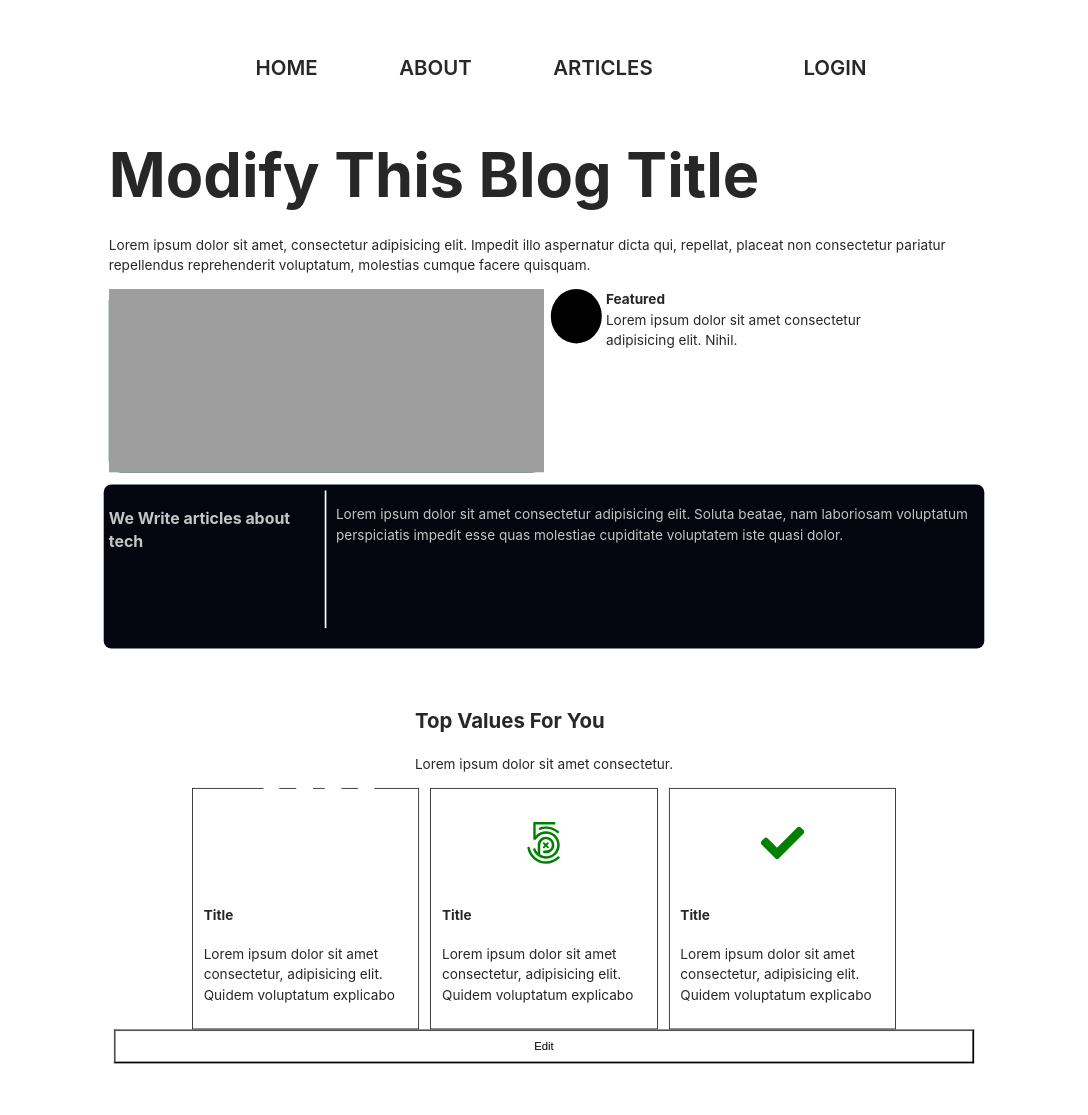
Repository: ValGrace/-static-site
Page: /home (app in client/)
These files come from the project's save history. The page is drawn as it stood at one moment and after the next save; the edit follows.
The browser window is 1280 px wide. The pictures show the whole page, at 85% of full size.
Pictures or frames that could not be fetched are drawn as grey boxes. The project was rebuilt for these pictures with package versions that can differ from the ones it lists, and the page was loaded fresh each time. Also part of the build but not shown: client/vite.config.js, client/src/Utils/appwrite.js, client/src/Components/Login.jsx, client/src/Components/Signup.jsx, client/src/Components/InfoPage.css, client/src/Pages/aboutPage.jsx, client/src/Pages/Articles.jsx.

Above is the page before, as saved 2023-02-13 06:10:11.

### client/src/main.jsx
import React from 'react'
import ReactDOM from 'react-dom/client'
import App from './App'
import './index.css'
import { BrowserRouter } from 'react-router-dom'
ReactDOM.createRoot(document.getElementById('root')).render(
  <React.StrictMode>
    <BrowserRouter>
    <App />
    </BrowserRouter>
  </React.StrictMode>,
)

### client/src/App.jsx
import PageRouter from './Routing/PageRouter'
import './App.css'

function App() {


  return (
    <div className="App">
      <PageRouter />
    </div>
  )
}

export default App

### client/src/index.css
:root {
  font-family: Inter, system-ui, Avenir, Helvetica, Arial, sans-serif;
  line-height: 1.5;
  font-weight: 400;

  color-scheme: light dark;
  color: rgba(7, 7, 7, 0.87);
  background-color: #ffffff;

  font-synthesis: none;
  text-rendering: optimizeLegibility;
  -webkit-font-smoothing: antialiased;
  -moz-osx-font-smoothing: grayscale;
  -webkit-text-size-adjust: 100%;
}

/* a {
  font-weight: 500;
  color: #646cff;
  text-decoration: inherit;
}
a:hover {
  color: #535bf2;
}

body {
  margin: 0;
  display: flex;
  place-items: center;
  min-width: 320px;
  min-height: 100vh;
}

h1 {
  font-size: 3.2em;
  line-height: 1.1;
}

button {
  border-radius: 8px;
  border: 1px solid transparent;
  padding: 0.6em 1.2em;
  font-size: 1em;
  font-weight: 500;
  font-family: inherit;
  background-color: #1a1a1a;
  cursor: pointer;
  transition: border-color 0.25s;
}
button:hover {
  border-color: #646cff;
}
button:focus,
button:focus-visible {
  outline: 4px auto -webkit-focus-ring-color;
}

@media (prefers-color-scheme: light) {
  :root {
    color: #213547;
    background-color: #ffffff;
  }
  a:hover {
    color: #747bff;
  }
  button {
    background-color: #f9f9f9;
  }
} */

### client/src/Routing/PageRouter.jsx
import Dashboard from "../Pages/Dashboard";
import HomePage from "../Pages/HomePage";
import { Routes, Route} from "react-router-dom"
import AboutPage from "../Pages/aboutPage";
import Articles from "../Pages/Articles";
const PageRouter = () => {
    return (
        <Routes>
            <Route path="/" element={<Dashboard />} />
            <Route path="/home" element={<HomePage />} />
            <Route path="/about" element={<AboutPage />} />
            <Route path="/articles" element={<Articles />} />

        </Routes>
    )
}

export default PageRouter

### client/src/App.css
.App {
  display: flex;
  flex-direction: column;
  justify-content: center;
  align-items: center;
}

### client/src/Pages/Dashboard.jsx
import React, { useReducer} from 'react'
import Login from '../Components/Login'
import Signup from '../Components/Signup'
import "../Components/Inputs.css"
const initialState = {page : <Login />}
function reducer(state, action) {
    switch(action.type) {
        case 'loginpage':
          return { page: <Login />}
        case 'signuppage':
            return { page: <Signup />}
        default:
            return { page: <h2>Loading....</h2>}
    }
}
const Dashboard = () => {
    const [state, dispatch] = useReducer(reducer, initialState)
    return (
        <div className='dashboard'>
         <h2>Static Site Generator</h2>
         <div>Static site Image</div>
         <div className='dash' id='dash'>
            <div className='toggleForms'>
                <button onClick={() => dispatch({type: 'loginpage'})} className="type-btn">Login</button>
                <button onClick={() => dispatch({type: 'signuppage'})} className="type-btn">Signup</button>
                </div>
            <React.Fragment>{state.page}</React.Fragment>

            <button id="auth-btns">Login with Github account</button>
            <button id="auth-btns">Login with Google account</button>
         </div>
       </div>
    )
}

export default Dashboard

### client/src/Pages/HomePage.jsx
import { useState, useEffect } from "react"
import Navbar from "../Components/Navbar"

import HomeSection from "../Components/HomeSection"
import TopSection from "../Components/TopSection"
import { HomeContext } from "../MdFiles/MdFileContext"

const HomePage = () => {
    const [markdown, setMarkdown] = useState(HomeContext)
    // useEffect(() => {
    //     fetch(HomeContext)
    //        .then((res) => res.text())
    //        .then((text) => setMarkdown(text))
    // })
    const [editor, setEditor] = useState(false)
    const editMdFile =(event) => {
        setMarkdown(event.target.value)
    }

    const viewEditor = () => {
       setEditor(true)
    }
    return (
        <>
         <Navbar />
         <TopSection />
         <HomeSection />
         <button onClick={viewEditor}>Edit</button>
         {editor &&
         <div className="md-edit">
            <textarea value={markdown} onChange={editMdFile} />
            {/* <ReactMarkdown>`${markdown}`</ReactMarkdown>  */}
            <div className="md-btns">
                <button id="md-btn" onClick={() => setEditor(false)}>Cancel</button>
                <button id="md-btn">Save</button>
            </div>
         </div>
}
        </>
    )
}

export default HomePage

### client/src/Components/Inputs.css
form, #dash {
    width: 80vw;
}
.signupForm, .dash, .dashboard {
   display: flex;
   flex-direction: column;
   justify-content: center;
   align-items: center;
   gap: 0.8em;
}

input, button {
    width: 80%;
    height: 3em;
    background-color: transparent;
    color: black;
}

#sign {
   width: 40vw;
}

.toggleForms {
    display: grid;
    grid-template-columns: 50% 50%;
    gap: 0.4em;
    justify-content: center;
    align-items: center;
}

.type-btn {
    background-color: rgb(2, 2, 133);
    border: none;
    width: 20vw;
    border-radius: 8px;
    text-transform: uppercase;
    color: aliceblue;
    font-weight: 700;
}

.type-btn:hover {
   background-color: rgb(1, 1, 22);
}

#auth-btns {
    text-transform: uppercase;
    font-weight: 700;
}

### client/src/Components/Navbar.jsx
import { useState } from "react"
import {HiBars3BottomLeft} from 'react-icons/hi2'
import { FaTimes} from 'react-icons/fa'
import "./Navbar.css"
const Navbar = () => {
    const [clickbar, setClickbar] = useState(false)
    return (
           <>


        <nav id="bar" onClick={()=>setClickbar
        (!clickbar)}>{clickbar ? <>
           <FaTimes size="2em"/>

            <ul>
                <li>home</li>
                <li>about</li>
                <li>articles</li>
                <li>Login</li>
            </ul>

        </>: <HiBars3BottomLeft size="2em"/>}
        </nav>

        <nav id="pages">
        <ul>
                <li>home</li>
                <li>about</li>
                <li>articles</li>
            </ul>
            <ul>
                <li>Login</li>
            </ul>

</nav>
        </>
    )
}

export default Navbar

### client/src/Components/HomeSection.jsx
// import { GrAction, GrFormView, GrFormCheckmark} from 'react-icons/gr'
import { FaAngellist, Fa500Px, FaCheck } from 'react-icons/fa'
const HomeSection = () => {
   return (
    <>
    <div>
    <h2>Top Values For You</h2>
    <p>Lorem ipsum dolor sit amet consectetur.</p>
    </div>
    <div className="value-section">
        <div className="single-value">

            <div id="icon-section">
                <FaAngellist size="3.2em" color="white" fontSize="200"/>
            </div>

            <h4>Title</h4>
            <p>Lorem ipsum dolor sit amet consectetur, adipisicing elit. Quidem voluptatum explicabo</p>
        </div>
        <div className="single-value">
            <div id="icon-section">
                <Fa500Px size="3.2em" color="green" />
            </div>
            <h4>Title</h4>
            <p>Lorem ipsum dolor sit amet consectetur, adipisicing elit. Quidem voluptatum explicabo</p>
        </div>
        <div className="single-value">
            <div id="icon-section">
                <FaCheck size="3.2em" color="green"/>
            </div>
            <h4>Title</h4>
            <p>Lorem ipsum dolor sit amet consectetur, adipisicing elit. Quidem voluptatum explicabo</p>
        </div>
    </div>
    </>
   )
}

export default HomeSection

### client/src/Components/TopSection.jsx
const TopSection = () => {
    return (
      <>
      <div className="top-text" id="top-text">
      <h2>Modify this blog title</h2>
      <p>Lorem ipsum dolor sit amet, consectetur adipisicing elit. Impedit illo aspernatur dicta qui, repellat, placeat non consectetur pariatur repellendus reprehenderit voluptatum, molestias cumque facere quisquam.</p>
      </div>
      <div className="head-section">
        <div className="head-img">
            <img src="https://images.pexels.com/photos/577585/pexels-photo-577585.jpeg?auto=compress&cs=tinysrgb&w=1260&h=750&dpr=1" alt="sec-photo" />
        </div>
        <div className="side-section">
            <div className="side-img">
                <img src="" alt=""/>
            </div>
            <div className="side-blogs">
                <h4>Featured</h4>
                <p>Lorem ipsum dolor sit amet consectetur adipisicing elit. Nihil.</p>
            </div>
        </div>
      </div>
      <div className="site-descr">
        <h3>We Write articles about tech</h3>
        <div className="site-sep"></div>
        <p>Lorem ipsum dolor sit amet consectetur adipisicing elit. Soluta beatae, nam laboriosam voluptatum perspiciatis impedit esse quas molestiae cupiditate voluptatem iste quasi dolor.</p>
      </div>
      </>
    )
}

export default TopSection

### client/src/MdFiles/MdFileContext.js


export const HomeContext = `
---
title: Modify this Blog Title
side-blog-title: Title
content: Lorem ipsum dolor sit amet consectetur adipisicing elit. Soluta beatae, nam laboriosam voluptatum perspiciatis impedit esse quas molestiae cupiditate voluptatem iste quasi dolor.
---
Lorem ipsum dolor sit amet, consectetur adipisicing elit. Impedit illo aspernatur dicta qui, repellat, placeat non consectetur pariatur repellendus reprehenderit voluptatum, molestias cumque facere quisquam.

## Top Values For You
### Lorem ipsum dolor sit amet consectetur

### Title
Lorem ipsum dolor sit amet consectetur, adipisicing elit. Quidem voluptatum explicabo aspernatur sequi asperiores exercitationem ea nemo impedit corrupti officiis?

### Title
Lorem ipsum dolor sit amet consectetur, adipisicing elit. Quidem voluptatum explicabo aspernatur sequi asperiores exercitationem ea nemo impedit corrupti officiis?

### Title
Lorem ipsum dolor sit amet consectetur, adipisicing elit. Quidem voluptatum explicabo aspernatur sequi asperiores exercitationem ea nemo impedit corrupti officiis?`

### client/src/Components/Navbar.css
nav {
    width: 70vw;
    height: 20vh;
    display: flex;
}

nav > ul{
  display: flex;
  flex-direction: row;
  text-transform: uppercase;
  list-style-type: none;
  justify-content: center;
  align-items: center;
  gap: 4em;
  font-weight: 600;
  font-size: 1.5rem;
  flex-grow: 1;
}

#top-text {
    width: 80vw;
}

#top-text > h2 {
    font-size: 4.5rem;
    text-transform: capitalize;
    margin: 0;
    /* float: left; */
}

#top-text > p {
    float: right;

}

.head-section {
    display: flex;
    width: 80vw;
    gap: 0.5em;
    flex-wrap: wrap;
}

.head-img {
    background-color: rgb(1, 51, 51);
    width: 50%;
    border-radius: 0.9em;
    height: 30vh;
}

.head-img > img {
    width: 100%;
    height: 100%;
}

.side-section {
    display: flex;
    flex-direction: row;
    gap: 0.3rem;
    width: 40%;
}

.side-img {
    background-color: black;
    width: 5rem;
    height: 4rem;
    border-radius: 50%;
}

.side-blogs > h4, .side-blogs > p {
    margin: 0;
}

.site-descr {
    width: 80vw;
    background-color: rgba(1, 1, 12, 0.979);
    color: rgba(255, 255, 255, 0.767);
    border-radius: 9px;
    margin-top: 0.9rem;
    display: flex;
    /* gap: 0.4rem; */
    padding: 0.4rem;
    height: 25vh;
    margin-bottom: 3em;
}

#pages > ul {

    flex-direction: column;
}

.site-descr > p {
    width: 75%;
}
.site-sep {
    width: 0.1rem;
    height: 90%;
    background-color: azure;
    margin-right: 0.7rem;
}


.value-section {
   width: 80vw;
    display: flex;
    gap: 0.8rem;
    flex-wrap: wrap;
    justify-content: center;
    align-items: center;
}

.single-value {
    border: 0.9px solid rgba(0, 0, 0, 0.87);
    padding: 0.8em;
    width: 15em;
    height: 16em;
}

#icon-section {
    width: 100%;
    height: 40%;
    display:flex;
    justify-content: center;
    align-items: center;
}



@media screen and (min-width: 1200px) {
    #bar {
      display: none;
    }
    #pages > ul{
        flex-direction: row;
    }

  }

@media screen and (max-width: 1200px) {
    #pages {
      display: none;
    }
   #bar {
        flex-direction: column;

    }
    #bar > ul {
        flex-direction: column;
        gap: 2em;
        background-color: rgba(255, 255, 255, 0.979);
        color: rgb(2, 6, 56);
        width: 90vw;
        height: 70vh;
        position: absolute;
        top: 0;
        right: 0;
    }
}

Loaded but not shown: client/index.html (common file)

After the next save:
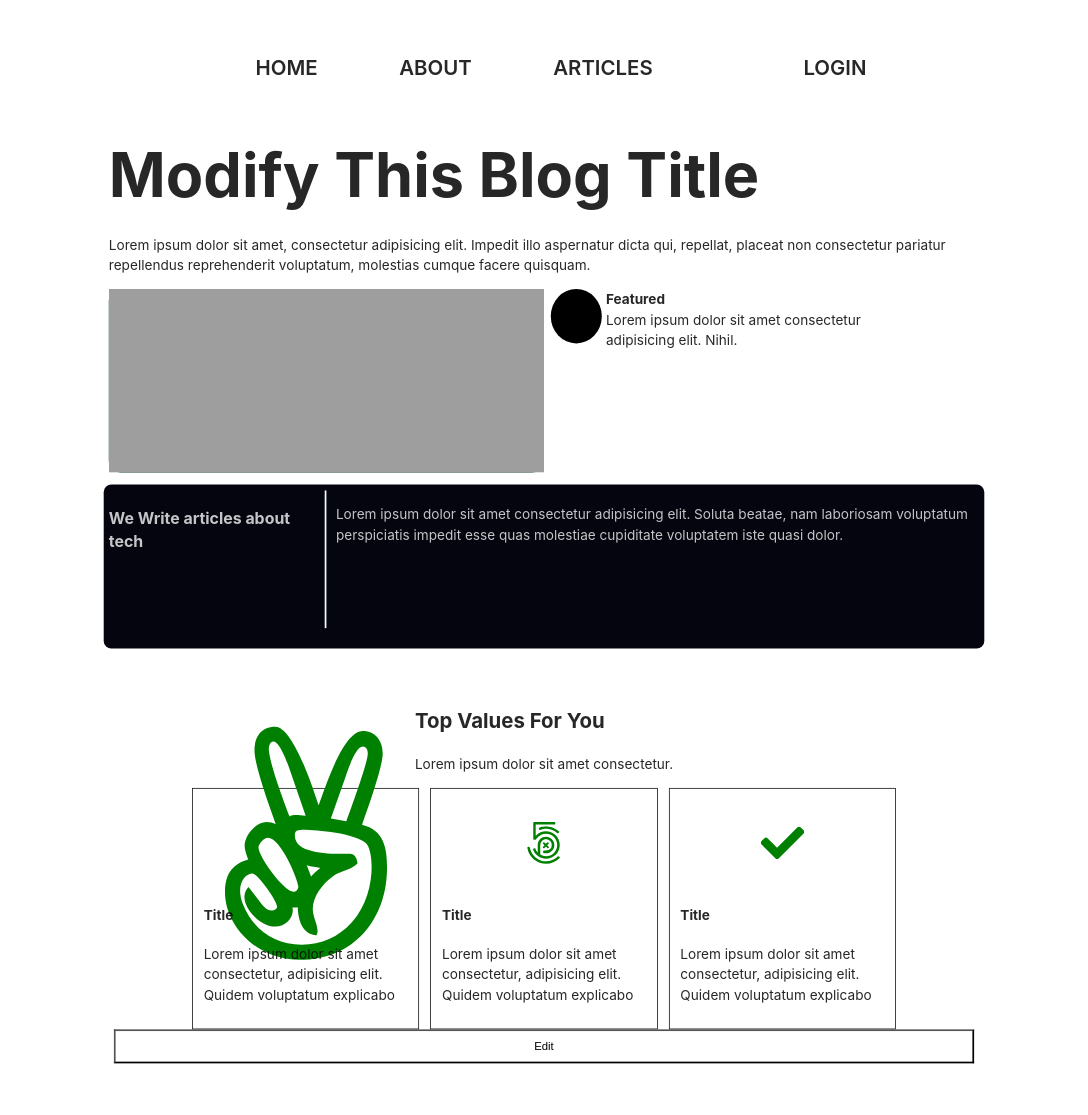
Saved 14 s later.
--- a/client/src/Components/HomeSection.jsx
+++ b/client/src/Components/HomeSection.jsx
@@ -11,7 +11,7 @@ const HomeSection = () => {
         <div className="single-value">
 
             <div id="icon-section">
-                <FaAngellist size="3.2em" color="white" fontSize="200"/>
+                <FaAngellist size="3.2em" color="green" fontSize="200"/>
             </div>
 
             <h4>Title</h4>
